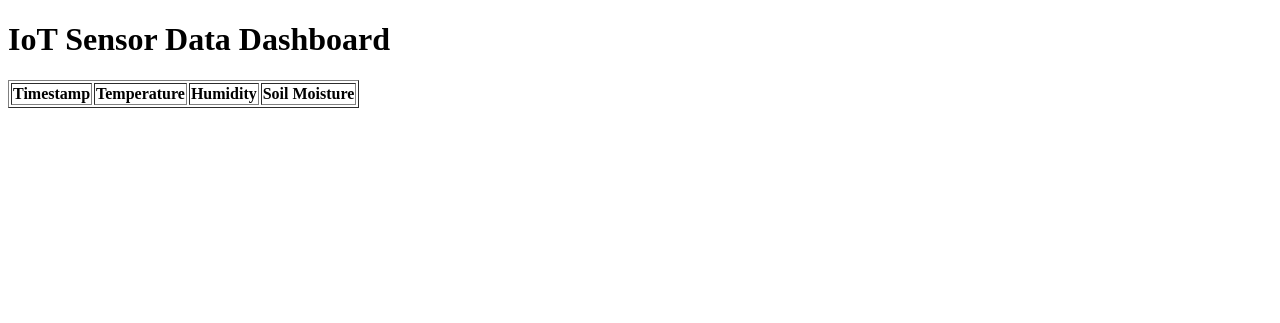
Repository: Terry816/Plantminder
Page: templates/dashboard.html
An editor plug-in stored every save of this project. The page is shown before and after the next save, followed by the edit.
The browser window is 1280 px wide. The pictures show the whole page.
The page's requests for data from a server got no answer. Some web libraries are served in a nearby version.

Above is the page before, as saved 2024-12-13 00:51:10.

### templates/dashboard.html
<!DOCTYPE html>
<html lang="en">
<head>
    <meta charset="UTF-8">
    <meta name="viewport" content="width=device-width, initial-scale=1.0">
    <title>IoT Dashboard</title>
</head>
<body>
    <h1>IoT Sensor Data Dashboard</h1>
    <table border="1">
        <thead>
            <tr>
                <th>Timestamp</th>
                <th>Temperature</th>
                <th>Humidity</th>
                <th>Soil Moisture</th>
            </tr>
        </thead>
        <tbody id="sensor-data">
            <!-- Data will be dynamically populated here -->
        </tbody>
    </table>
</body>
<script>
    // JavaScript for fetching sensor data dynamically
    async function fetchSensorData() {
        const response = await fetch('/data');
        const data = await response.json();
        const tbody = document.getElementById('sensor-data');

        // Clear existing data
        tbody.innerHTML = '';

        // Populate table rows
        data.forEach(row => {
            const tr = document.createElement('tr');
            tr.innerHTML = `
                <td>${row.timestamp}</td>
                <td>${row.temperature}</td>
                <td>${row.humidity}</td>
                <td>${row.soil_moisture}</td>
            `;
            tbody.appendChild(tr);
        });
    }

    // Fetch data every 5 seconds
    setInterval(fetchSensorData, 5000);
    fetchSensorData();
</script>
</html>

After the next save:
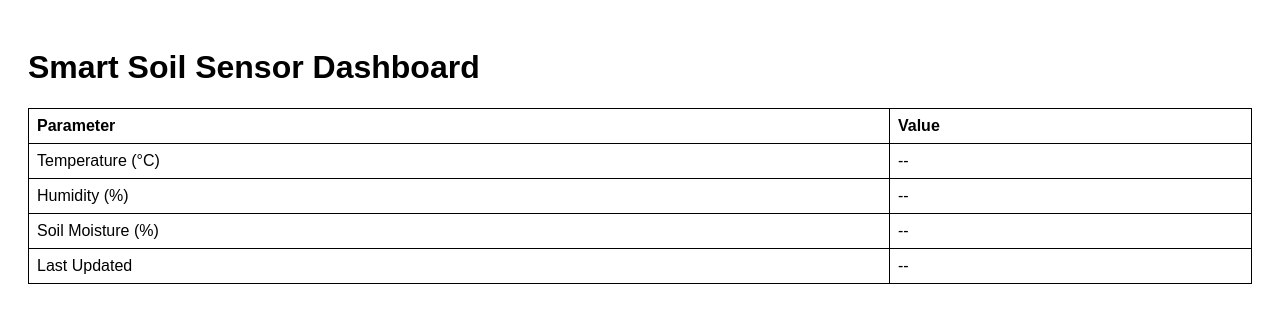
Saved 27 s later.
--- a/templates/dashboard.html
+++ b/templates/dashboard.html
@@ -3,49 +3,63 @@
 <head>
     <meta charset="UTF-8">
     <meta name="viewport" content="width=device-width, initial-scale=1.0">
-    <title>IoT Dashboard</title>
+    <title>Smart Soil Sensor Dashboard</title>
+    <script src="https://cdnjs.cloudflare.com/ajax/libs/socket.io/4.6.1/socket.io.min.js"></script>
+    <style>
+        body {
+            font-family: Arial, sans-serif;
+            padding: 20px;
+        }
+        table {
+            width: 100%;
+            border-collapse: collapse;
+        }
+        th, td {
+            border: 1px solid black;
+            padding: 8px;
+            text-align: left;
+        }
+    </style>
 </head>
 <body>
-    <h1>IoT Sensor Data Dashboard</h1>
-    <table border="1">
+    <h1>Smart Soil Sensor Dashboard</h1>
+    <table>
         <thead>
             <tr>
-                <th>Timestamp</th>
-                <th>Temperature</th>
-                <th>Humidity</th>
-                <th>Soil Moisture</th>
+                <th>Parameter</th>
+                <th>Value</th>
             </tr>
         </thead>
-        <tbody id="sensor-data">
-            <!-- Data will be dynamically populated here -->
+        <tbody>
+            <tr>
+                <td>Temperature (°C)</td>
+                <td id="temperature">--</td>
+            </tr>
+            <tr>
+                <td>Humidity (%)</td>
+                <td id="humidity">--</td>
+            </tr>
+            <tr>
+                <td>Soil Moisture (%)</td>
+                <td id="soil_moisture">--</td>
+            </tr>
+            <tr>
+                <td>Last Updated</td>
+                <td id="timestamp">--</td>
+            </tr>
         </tbody>
     </table>
+
+    <script>
+        const socket = io();
+
+        // Listen for updates from the server
+        socket.on('update_data', (data) => {
+            document.getElementById('temperature').textContent = data.temperature.toFixed(2);
+            document.getElementById('humidity').textContent = data.humidity.toFixed(2);
+            document.getElementById('soil_moisture').textContent = data.soil_moisture.toFixed(2);
+            document.getElementById('timestamp').textContent = new Date(data.timestamp * 1000).toLocaleString();
+        });
+    </script>
 </body>
-<script>
-    // JavaScript for fetching sensor data dynamically
-    async function fetchSensorData() {
-        const response = await fetch('/data');
-        const data = await response.json();
-        const tbody = document.getElementById('sensor-data');
-
-        // Clear existing data
-        tbody.innerHTML = '';
-
-        // Populate table rows
-        data.forEach(row => {
-            const tr = document.createElement('tr');
-            tr.innerHTML = `
-                <td>${row.timestamp}</td>
-                <td>${row.temperature}</td>
-                <td>${row.humidity}</td>
-                <td>${row.soil_moisture}</td>
-            `;
-            tbody.appendChild(tr);
-        });
-    }
-
-    // Fetch data every 5 seconds
-    setInterval(fetchSensorData, 5000);
-    fetchSensorData();
-</script>
 </html>
